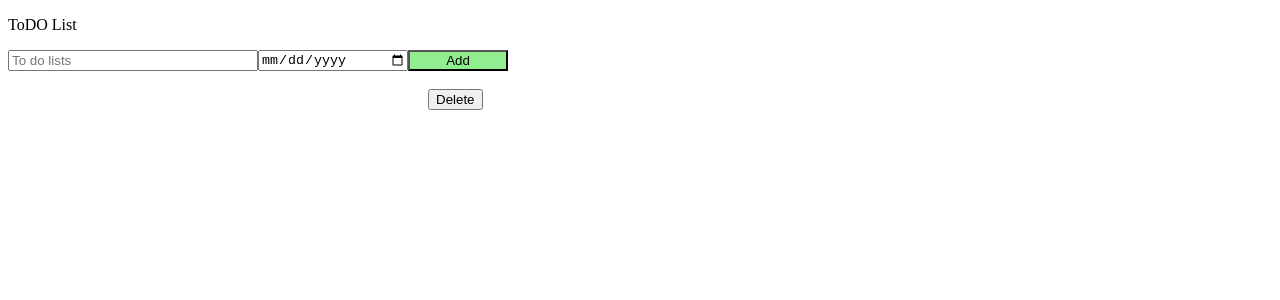
Repository: pgyunknown/ToDo-List
Page: index.html
These files come from the project's save history. The page is drawn as it stood at one moment and after a run of saves; the edit follows.
The browser window is 1280 px wide. The pictures show the whole page.

Above is the page before, as saved 2024-08-29 20:47:57.

### index.html
<!DOCTYPE html>
<html lang="en">
<head>
  <meta charset="UTF-8">
  <meta name="viewport" content="width=device-width, initial-scale=1.0">
  <link rel="stylesheet" href="index.css">
  <title>Document</title>
</head>
<body>
    <p>ToDO List</p>
  <div class="grid-body">
  <input placeholder="To do lists" class="js-name-input"><input type="date" class="js-date-b"><button onclick="addWork();" class="add-b">Add</button><br>
    </div>
  <div class="js-todo-list todo-grid">text</div>

  <script src="index.js"></script>
</body>
</html>

### index.css
.todo-grid{
  display: grid;
  grid-template-columns: 250px 150px 100px;
  column-gap: 10px;
  row-gap: 10px;
}

.grid-body{
  display: grid;
  grid-template-columns: 250px 150px 100px;
}

.add-b{
  background-color: lightgreen;
  padding: 10pz;
}

### index.js
const todoList=[{
  name:'',duedate:''
}
];

eventList();
function eventList(){
  let todoListHTML=' ';
  for(i=0;i<todoList.length;i++){
    const todoObj=todoList[i];
    const {name}=todoObj;
    const {duedate}=todoObj;
    const html=`
    <div >${name}</div>
    <div >${duedate}</div>
    <div>    <button onclick="todoList.splice(${i},1);
    eventList();">Delete</button></div>
    `;
    todoListHTML+=html;
}
console.log(todoListHTML) ;
document.querySelector('.js-todo-list').innerHTML=todoListHTML;
}
function addWork(){
  const inputElement=document.querySelector('.js-name-input');
  const name=inputElement.value;

  const dateinputElement=document.querySelector('.js-date-b');
  const duedate=dateinputElement.value;

  todoList.push({
    name:name,
    duedate:duedate
  });

  inputElement.value='';
  // console.log(todoList);
  eventList();
}

After the next 2 saves:
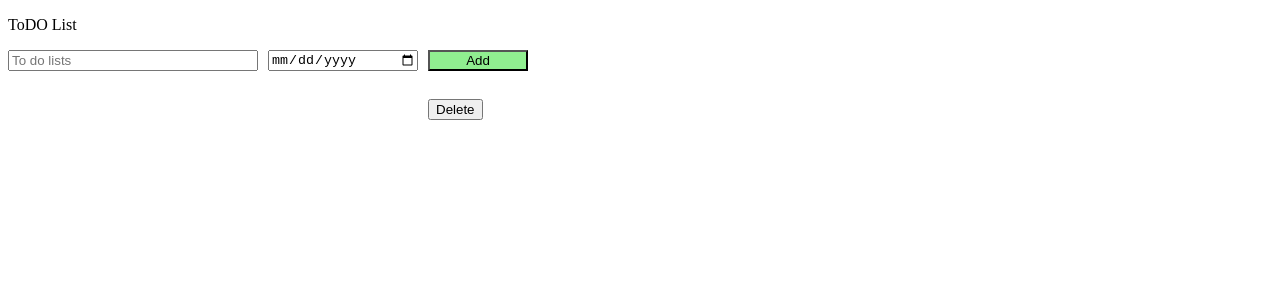
The 2 saves are shown as one change because they came seconds apart.
The last was saved 9 s later.
--- a/index.css
+++ b/index.css
@@ -8,6 +8,8 @@
 .grid-body{
   display: grid;
   grid-template-columns: 250px 150px 100px;
+  column-gap: 10px;
+  row-gap: 10px;
 }
 
 .add-b{
